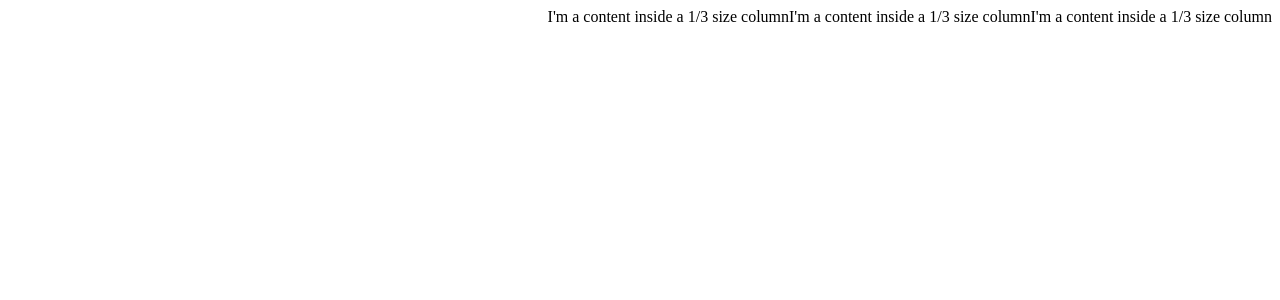
Repository: ervinne13/gg-basic-web-frontend-development
Page: modules/css/long-samples/grid-system-1.html
These files come from the project's save history. The page is drawn as it stood at one moment and after the next save; the edit follows.
The browser window is 1280 px wide. The pictures show the whole page.

Above is the page before, as saved 2019-07-04 17:00:23.

After the next save:
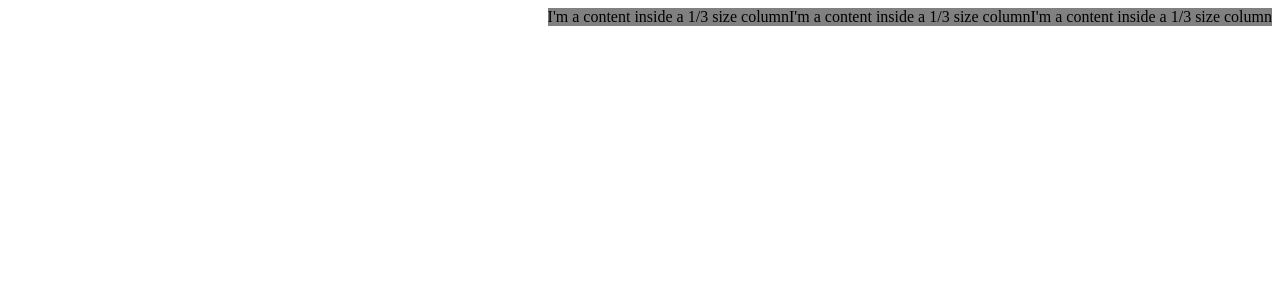
Saved 14 s later.
--- a/modules/css/long-samples/grid-system-1.html
+++ b/modules/css/long-samples/grid-system-1.html
@@ -15,7 +15,7 @@
                 display: flex;
                 flex-flow: row wrap;
                 justify-content: flex-start;
-                backround-color: grey;
+                background-color: grey;
             }
         </style>
     </head>
